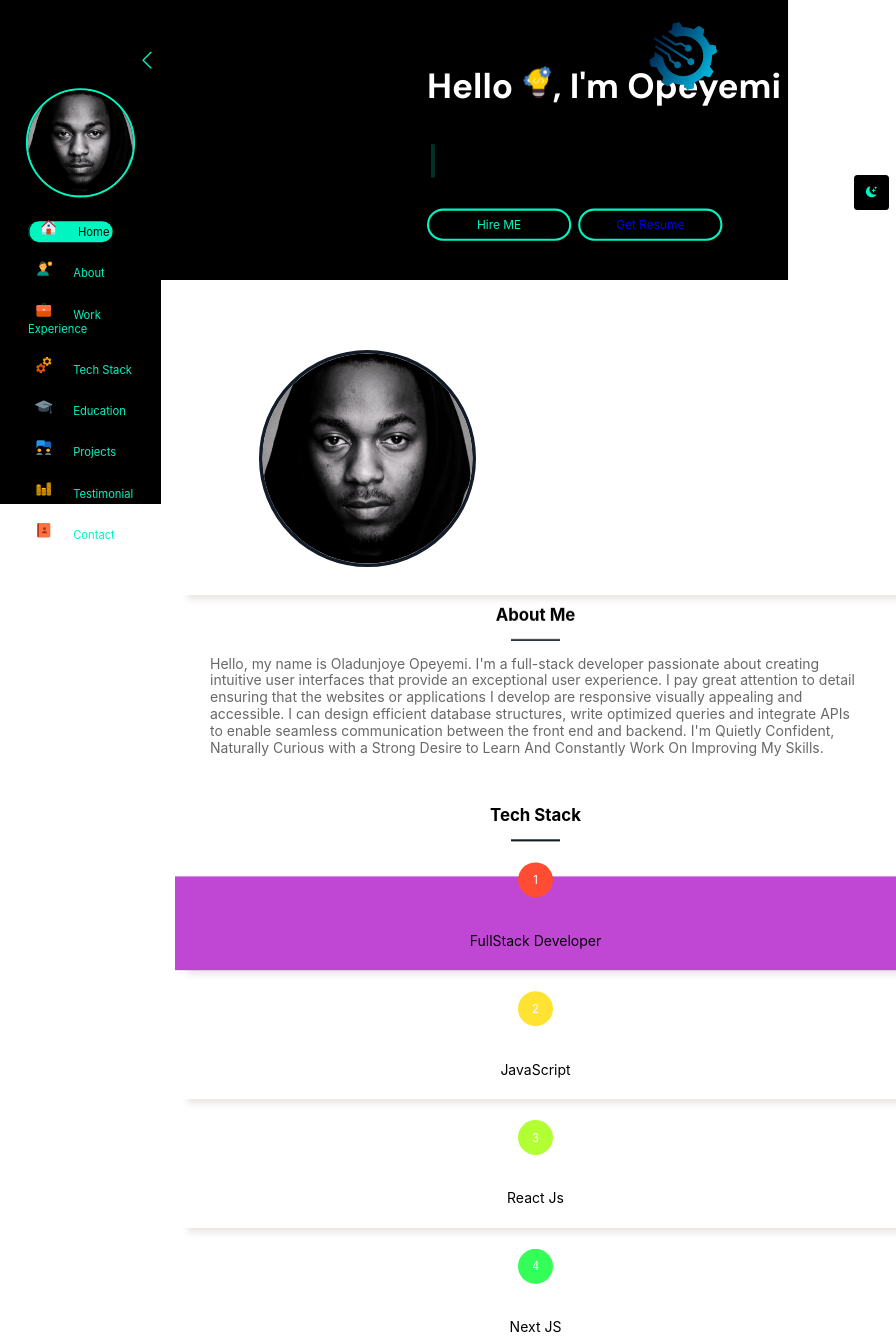
Repository: Laoye99/portfolio
Page: /
An editor plug-in stored every save of this project. The page is shown before and after a run of saves, followed by the edit.
The browser window is 1280 px wide. The pictures show the part of the page from y = 0 to 1920 px (the page is 2977 px tall), at 70% of full size.
The project was rebuilt for these pictures with package versions that can differ from the ones it lists, and the page was loaded fresh each time. Also part of the build but not shown: src/App.css. Imported but missing from the stored project, and not drawn on this page: src/components/Home/MyResume.pdf.

Above is the page before, as saved 2024-02-15 13:48:27.

### src/App.js
import './App.css';
import { createContext, useState } from 'react';
import ScrollToTop from 'react-scroll-to-top';
import Navbar from './components/SideNav/Navbar';
import Sidebar from './components/SideNav/Sidebar';
import About from './components/About/About';
import TechStack from './components/TechStack/TechStack';

export const ThemeContext = createContext(null);

const App = () => {
  const [theme, setTheme] = useState("light");

  const changeTheme = () => {
    setTheme((prev) => (prev === "light" ? "dark" : "light"));
  };
  return (
    <ThemeContext.Provider value={{ theme, changeTheme }}>
    <div id={theme}>
    <Navbar/>
    <Sidebar changeTheme={changeTheme} theme={theme}/>
    <About/>
    <TechStack/>
    </div>
    <ScrollToTop
    top="200"
    smooth
    height="20"
    width="20"
    color="#00f5c0"
    style={{ borderRadius: "90px ", backgroundColor: "#000000" }}
    />
    </ThemeContext.Provider>
  );
}

export default App;

### src/components/SideNav/Navbar.js
import { useState } from "react";
import "./Navbar.css";
import {GiHamburgerMenu} from "react-icons/gi";
import { Link } from "react-scroll";
import {
    FcHome,
    FcBriefcase,
    FcContacts,
    FcServices,
    FcCollaboration,
    FcPortraitMode } from "react-icons/fc";
import {FaUser} from "react-icons/fa";

const Navbar = () => {
    const [open, setOpen] = useState(false);

    const handleClick = () => {
        setOpen(!open);
    };
    return(
        <div className="navbar">
        <div className="navbar-header">
        <p>
        <GiHamburgerMenu size={25} onClick={handleClick} />
        </p>
        </div>
        {open ? (
        <div className="nav">
        <ul>
        <li className="nav-item">
        <Link
        to="home"
        spy={true}
        smooth={true}
        duration={100}
        offset={-100}
        >
        <FcHome size={25}/>
        Home
        </Link>
        </li>
        <li className="nav-item">
        <Link
        to="about"
        spy={true}
        smooth={true}
        duration={100}
        offset={-100}
        >
        <FcPortraitMode size={25}/>
        About
        </Link>
        </li>
        <li className="nav-item">
        <Link
        to="project"
        spy={true}
        smooth={true}
        duration={100}
        offset={-100}
        >
        <FcBriefcase  size={25}/>
        Work Experience
        </Link>
        </li>
        <li className="nav-item">
        <Link
        to="stack"
        spy={true}
        smooth={true}
        duration={100}
        offset={-100}
        >
        <FcServices  size={25} />
        Tech Stack
        </Link>
        </li>
        <li className="nav-item">
        <Link
        to="project"
        spy={true}
        smooth={true}
        duration={100}
        offset={-100}
        >
        <FcCollaboration   size={25} />
        Projects
        </Link>
        </li>
        <li className="nav-item">
        <Link
        to="contact"
        spy={true}
        smooth={true}
        duration={100}
        offset={-100}
        >
        <FcContacts size={25}/>
        Contact
        </Link>
        </li>
        </ul>
        </div>
        ) : null}
        </div>
    );
};

export default Navbar;

### src/components/SideNav/Sidebar.js
import { useState } from "react";
import { BsChevronLeft, BsChevronRight } from "react-icons/bs";
import "./Sidebar.css";
import SidebarList from "./SidebarList";
import Home from "../Home/Home";


const Sidebar = ({ theme,changeTheme }) => {
    const [expandSidebar, setExpandSidebar] = useState(true);

    const handleExpandClick = () => {
        setExpandSidebar(!expandSidebar);
    };
    return(
        <div className="container-fluid sidebar-section">
        <div className={expandSidebar ? "sidebar-expand sidebar" : "sidebar"}>
        <div className="icon-sidebar">
        <p onClick={handleExpandClick}>
        {expandSidebar ? (
            <BsChevronLeft size={30} color="#00f5c0"/>
            ) : (
        <BsChevronRight size={30} color="#00f5c0"/>
            )}
        </p>
        </div>
        <SidebarList expandSidebar={expandSidebar} />
        </div>
        <div className="container-fluid">
          <Home changeTheme = {changeTheme} theme = {theme}/>
        </div>

        </div>
    );
};

export default Sidebar;

### src/components/About/About.js
import React from "react";
import ProfilePic from "../../Image/Screenshot (29).png";
import {Fade} from "react-awesome-reveal";
import {Flip} from "react-awesome-reveal";
import './About.css';
const About = () => {
    return(
        <div className="container about-section" id="about">
    <div className="row">
      <Fade bottom>
        <div className="col-xl-6 col-lg-6 col-md-12 col-sm-12">
          <div className="about-image">
            <img src={ProfilePic} alt="Profile" />
          </div>
        </div>
      </Fade>
      <div className="col-xl-6 col-lg-6 col-md-12 col-sm-12">
        <div className="about-details">
          <Flip left>
            <div className="about-title">
              <h2>About Me</h2>
              <span className="line"></span>
            </div>
          </Flip>

          <Fade right>
            <p className="description">
              Hello, my name is Oladunjoye Opeyemi.
              I'm a full-stack developer
              passionate about creating intuitive
              user interfaces that provide
              an exceptional user experience.
              I pay great attention to detail
              ensuring that the websites or applications
              I develop are responsive
              visually appealing and accessible.
              I can design efficient database
              structures, write optimized queries
              and integrate APIs to enable
              seamless communication between
              the front end and backend.
              I'm Quietly Confident, Naturally Curious
               with a Strong Desire to
              Learn And Constantly Work On Improving My Skills.
            </p>
          </Fade>
        </div>
      </div>
    </div>
  </div>
    )
};

export default About;

### src/components/TechStack/TechStack.js
import React, { useState } from "react";
import "./TechStack.css";
import { Fade } from "react-awesome-reveal";
import { Zoom } from "react-awesome-reveal";


const TechStack = () => {
    const data = [
        {
          name: "FullStack Developer",
        },

        {
          name: "JavaScript",
        },
        {
          name: "React Js",
        },
        {
          name: "Next JS",
        },
        {
          name: "CSS",
        },
        {
          name: "HTML5",
        },
        {
          name: "BootStrap",
        },
        {
          name: "TailwindCSS",
        },
        {
          name: "React Native",
        },
        {
          name: "Vanilla JS",
        },
        {
          name: "SCSS",
        },
        {
          name: "Git",
        },
        {
          name: "GitHub",
        },
        {
          name: "Java",
        },
        {
          name: "Springboot",
        },
        {
          name: "Servlet",
        },
        {
          name: "Maven",
        },
        {
          name: "Eclipse IDE",
        },
        {
            name: "IntelliJ IDE",
        },
        {
            name: "MySQL",
        },
        {
            name: "Postman",
        },
        {
            name: "MySQL",
        },
        {
            name: "Tomcat",
        },
      ];

      const colors = [
        "#FF4C33",
        "#FFE333",
        "#B2FF33",
        "#33FF58",
        "#33FFC1",
        "#33CAFF",
        "#3355FF",
        "#9333FF",
        "#F033FF",
        "#FF33C4",
        "#FF3386",
        "#FF334C",
        "#33FF42",
        "#FF3633",
        "#9C33FF",
        "#33FFF6",
        "#33FF58",
        "#FF33C4",
        "#034694",
        "#5A0394",
        "#940303",
        "#944403",
        "#449403",
        "#03945C"
      ];

      const [showMoreTechStack, setMoreTechStack] = useState(9);

      const loadMore = () => {
        setMoreTechStack((prev) => prev + 3);
      };
      return (
        <div className="container techstack-section" id="stack">
      <div className="section-title">
        <h2>Tech Stack</h2>
        <span className="line"></span>
      </div>

      <div className="row">
        {data.slice(0, showMoreTechStack).map((item, index) => (
          <Fade right>
            <div className="col-xl-4 col-lg-4 col-md-6 col-sm-12" key={index}>
              <div
                className={
                  index === 0
                    ? "tech-content-marked tech-content"
                    : "tech-content"
                }
              >
                <span
                  className="tech-number"
                  style={{ backgroundColor: colors[index] }}
                >
                  {index + 1}
                </span>
                <p>{item.name}</p>
              </div>
            </div>
          </Fade>
        ))}
      </div>

      {showMoreTechStack >= data.length ? null : (
        <Zoom>
          <span className="load-more" onClick={loadMore}>
            Load More
          </span>
        </Zoom>
      )}
    </div>
      );
};

export default TechStack;

### src/components/SideNav/Navbar.css
.navbar {
    position: sticky;
    top: 0;
    z-index: 1;
  }

  .navbar-header {
    width: 100%;
    background-color: #00f5c0;
    color: #000000;
    padding: 5px;
  }

  .navbar-header p svg {
    margin-left: 10px;
    cursor: pointer;
    margin-top: 20px;
    margin-right: 5px;
  }

  .nav {
    height: auto;
    width: 210px;
    background-color: #000000;
    margin-top: 30px;
    padding-top: 10px;
    padding-bottom: 10px;
  }

  .nav ul li {
    color: #000000;
    list-style-type: none;
    cursor: pointer;
    text-decoration: none;
    margin-top: 30px;
  }

  .nav ul li a {
    text-decoration: none;
    color: #00f5c0;
  }

  .nav-item .active {
    color: #000000;
    background-color: #00f5c0;
    border-radius: 90px;
    padding: 5px;
    width: 100%;
  }

  @media (min-width: 1000px) {
    .navbar {
      display: none;
    }
  }

### src/components/SideNav/Sidebar.css
.sidebar-section {
    display: flex;
    /* background-color: #030303da; */
  }

  .sidebar {
    height: 100vh;
    background-color: #000000;
    width: 95px;
    position: fixed;
  }

  .sidebar-expand {
    width: 230px;
  }

  .container-fluid {
    padding-left: 0px !important;
    padding-right: 0px !important;
    overflow: hidden;
  }

  .icon-sidebar {
    display: flex;
    align-items: right;
    justify-content: right;
    cursor: pointer;
  }

  .icon-sidebar p svg {
    background-color: #000000;
    padding: 5px;
    color: #00f5c0;
    border-radius: 5px;
    margin-top: 50px;
  }

  @media (max-width: 1000px) {
    .sidebar {
      display: none;
    }
  }

### src/components/Home/Home.js
import React from 'react';
import Typewriter from 'typewriter-effect';
import { BsFillMoonStarsFill, BsSun } from 'react-icons/bs';
import { Fade } from 'react-awesome-reveal';
import concept from "../../Image/concept.png";
import automation from "../../Image/automation.png";
import "./Home.css";
import MyCv from './MyResume.pdf';



const Home = ({theme, changeTheme}) => {
    return(
        <div className='container-fluid home' id="home">
        <div  className='theme-change' onClick={changeTheme}>
        {theme === "light" ? (
            <p>
            <BsFillMoonStarsFill />{" "}
            </p>
            ) : (
                <p className='sun-light-icon'>
                <BsSun/>
                </p>
            )}
        </div>

        <div className='container home-content'>
        <Fade right>
        <h1>
        Hello <img alt='vector' src={concept}/>, I'm Opeyemi
        </h1>

        <h2>
        <Typewriter
        options={{
            strings: [
              "Frontend Developer",
              "Backend Developer",
              "Software Engineer",
            ],
            autoStart: true,
            loop: true,
            delay: 5,
          }}
        />
        </h2>
        </Fade>

        <Fade bottom>
        <div className='button-for-action'>
        <div className='hire-me-button'>Hire ME</div>
        <div className="get-resume-button">
              <a href={MyCv} download="Opeyemi_cv">
                Get Resume
              </a>
            </div>
        </div>
        </Fade>
        <img className='automation' alt='automation' src={automation}/>
        </div>
        </div>
    )

};

export default Home;

### src/components/About/About.css
.about-section {
    box-shadow: 15px 9px 9px -2px rgba(230, 224, 244, 0.86);
    -webkit-box-shadow: 15px 9px 9px -2px rgba(230, 224, 224, 0.86);
    -moz-box-shadow: 15px 9px 9px -2px rgba(230, 224, 224, 0.86);

    margin-top: 50px;
    height: 400px;
    margin-left: 250px;
    padding: 0px 50px;
  }

  #dark .about-section {
    box-shadow: none;
    background-color: #17202a;
    box-shadow: -6px 11px 5px -4px rgba(0, 0, 0, 0.42);
    -webkit-box-shadow: -6px 11px 5px -4px rgba(0, 0, 0, 0.42);
    -moz-box-shadow: -6px 11px 5px -4px rgba(0, 0, 0, 0.42);
  }

  .about-image img {
    height: 300px;
    width: 300px;
    border-radius: 190px;
    margin-top: 50px;
    margin-left: 70px;
    border: 5px solid #121b27;
    object-fit: cover;
  }

  #dark .about-image img {
    border: 5px solid #ffffff;
  }

  .about-details {
    margin-top: 50px;
  }

  .about-title h2 {
    text-align: center;
  }
  .description {
    font-size: 20px;
    color: #686868;
  }

  #dark .description {
    color: #ffffff;
  }

  .line {
    display: block;
    width: 70px;
    height: 3px;
    margin: 1px auto;
    background-color: #121b27;
  }

  #dark .line {
    background-color: #ffffff;
  }

  @media (max-width: 1000px) {
    .about-image {
      display: none;
    }
    .about-section {
      margin: 50px auto;
      height: auto;
    }
  }

### src/components/TechStack/TechStack.css
.techstack-section {
    margin-top: 300px;
    height: auto;
    margin-bottom: 40px;
    margin-left: 250px;
  }

  .section-title h2 {
    text-align: center;
  }

  .tech-content {
    padding: 10px;
    color: #000;
    margin-top: 50px;
    box-shadow: 15px 9px 9px -2px rgba(230, 224, 244, 0.86);
    -webkit-box-shadow: 15px 9px 9px -2px rgba(230, 224, 224, 0.86);
    -moz-box-shadow: 15px 9px 9px -2px rgba(230, 224, 224, 0.86);
  }

  #dark .tech-content {
    background-color: #03945c;
    color: #ffffff;
    box-shadow: -6px 11px 5px -4px rgba(0, 0, 0, 0.42);
    -webkit-box-shadow: -6px 11px 5px -4px rgba(0, 0, 0, 0.42);
    -moz-box-shadow: -6px 11px 5px -4px rgba(0, 0, 0, 0.42);
  }

  #dark .tech-content:hover {
    background-color: #121b27;
    transition-duration: 1s;
  }

  .tech-content-marked {
    background-color: rgba(189, 59, 210, 0.94);
  }

  .tech-content p {
    text-align: center;
    padding-top: 30px;
    font-size: 20px;
  }

  .tech-content:hover {
    background-color: #121b27;
    color: #fff;
    cursor: pointer;
    transition-duration: 1s;

    box-shadow: -6px 11px 5px -4px rgba(0, 0, 0, 0.42);
    -webkit-box-shadow: -6px 11px 5px -4px rgba(0, 0, 0, 0.42);
    -moz-box-shadow: -6px 11px 5px -4px rgba(0, 0, 0, 0.42);
  }

  .tech-number {
    border-radius: 90px;
    height: 50px;
    width: 50px;
    color: #fff;
    text-align: center;
    align-items: center;
    justify-content: center;
    display: block;
    margin: 0 auto;
    margin-top: -30px;
    line-height: 50px;
  }

  .load-more {
    background-color: #121b27;
    width: 150px;
    padding: 10px;
    color: #ffffff;
    text-align: center;
    justify-content: center;
    cursor: pointer;
    display: table;
    margin-left: auto;
    margin-right: auto;
    margin-top: 35px;
    border-radius: 5px;
    margin-bottom: 40px;
    font-size: 20px;
  }

  #dark .load-more {
    background-color: #17202a;
  }

  .load-more:hover {
    background-color: rgba(189, 59, 210, 0.94);
    transition-duration: 1s;
  }
  #dark .load-more:hover {
    background-color: #121b27;
    transition-duration: 1s;
  }

  @media (max-width: 1000px) {
    .techstack-section {
      margin: 50px auto;
    }
  }

### src/components/SideNav/SidebarList.css
.sidebar-profile-pic img {
    border-radius: 90px;
    margin-top: 10px;
    height: 150px;
    width: 150px;
    display: flex;
    vertical-align: middle;
    margin: 0 auto;
    object-fit: cover;
    border: 3px solid #00f5c0;
  }

  .navbar-items ul li {
    color: #00f5c0;
    list-style-type: none;
    cursor: pointer;
    margin-top: 30px;
  }

  .navbar-items ul li svg {
    margin-right: 25px;
    margin-left: 10px;
  }

  .navbar-items-only-icons ul li {
    margin-top: 30px;
    cursor: pointer;
    list-style-type: none;
  }

  .navbar-items-only-icons ul li svg {
    margin-left: 10px;
  }

  .navbar-items ul li a {
    text-decoration: none;
  }
  .nav-item .active {
    border-left: 2px solid #000000;
    color: #000000;
  }

### src/components/Home/Home.css
@import url("https://fonts.googleapis.com/css2?family=DM+Sans:wght@700&display=swap");

.home {
  height: 400px;
  background-color: #000000;
  color: #00f5c0;

}

.home-content {
  padding: 10px;
  margin-top: 30px;
  margin-left: 600px;
  position: relative;
}
/* rgba(189, 59, 210, 0.94) */

.home-content h1 {
  font-family: DM Sans;
  font-size: 50px;
  font-weight: 700;
  line-height: 6.2rem;
  color: #ffffff;
}

.home-content h1 img {
  width: 45px;
}

.home-content h2 {
  margin-top: 20px;
  color: #00f5c0;
  font-size: 40px;
}

.button-for-action {
  display: flex;
}

.hire-me-button {
  background-color: #000000;
  text-align: center;
  width: 180px;
  padding: 10px;
  border-radius: 90px;
  border: 3px solid #00f5c0;
  cursor: pointer;
  margin-top: 10px;
  font-size: 17px;
}

.hire-me-button:hover {
  background-color: #00f5c0;
  width: 250px;
  color: #000;
  transition-duration: 1s;
  font-size: 20px;
}
.get-resume-button {
  background-color: #000000;
  text-align: center;
  width: 180px;
  padding: 10px;
  border-radius: 90px;
  border: 3px solid #00f5c0;
  cursor: pointer;
  margin-top: 10px;
  margin-left: 10px;
  font-size: 17px;
}

.get-resume-button:hover {
  background-color: #00f5c0;
  width: 250px;
  color: #000;
  transition-duration: 1s;
  font-size: 20px;
}

.get-resume-button a {
  text-decoration: none;
}

.automation {
  position: absolute;
  top: 0;
  right: 100px;
  height: 100px;
  animation: rotation infinite 5s linear;
}

@media (max-width: 450px) {
  .automation {
    bottom: 0;
  }
}

.theme-change {
  justify-content: center;
  height: 50px;
  width: 50px;
  background-color: #000000;
  right: 0;
  margin-right: 10px;
  text-align: center;
  vertical-align: middle;
  line-height: 20px;
  position: fixed;
  top: 150;
  margin-top: 250px;
  border-radius: 5px;
  cursor: pointer;
  z-index: 1;
}

.sun-light-icon {
  animation: rotation infinite 5s linear;
}

@keyframes rotation {
  from {
    transform: rotate(0deg);
  }

  to {
    transform: rotate(360deg);
  }
}
@media (max-width: 1000px) {
  .home-content {
    margin: 30px auto;
  }
}

Loaded but not shown: public/index.html (common file); src/index.js (common file); src/index.css (common file); src/reportWebVitals.js (common file); src/components/SideNav/SidebarList.js (185 lines, source omitted)

After the next 3 saves:
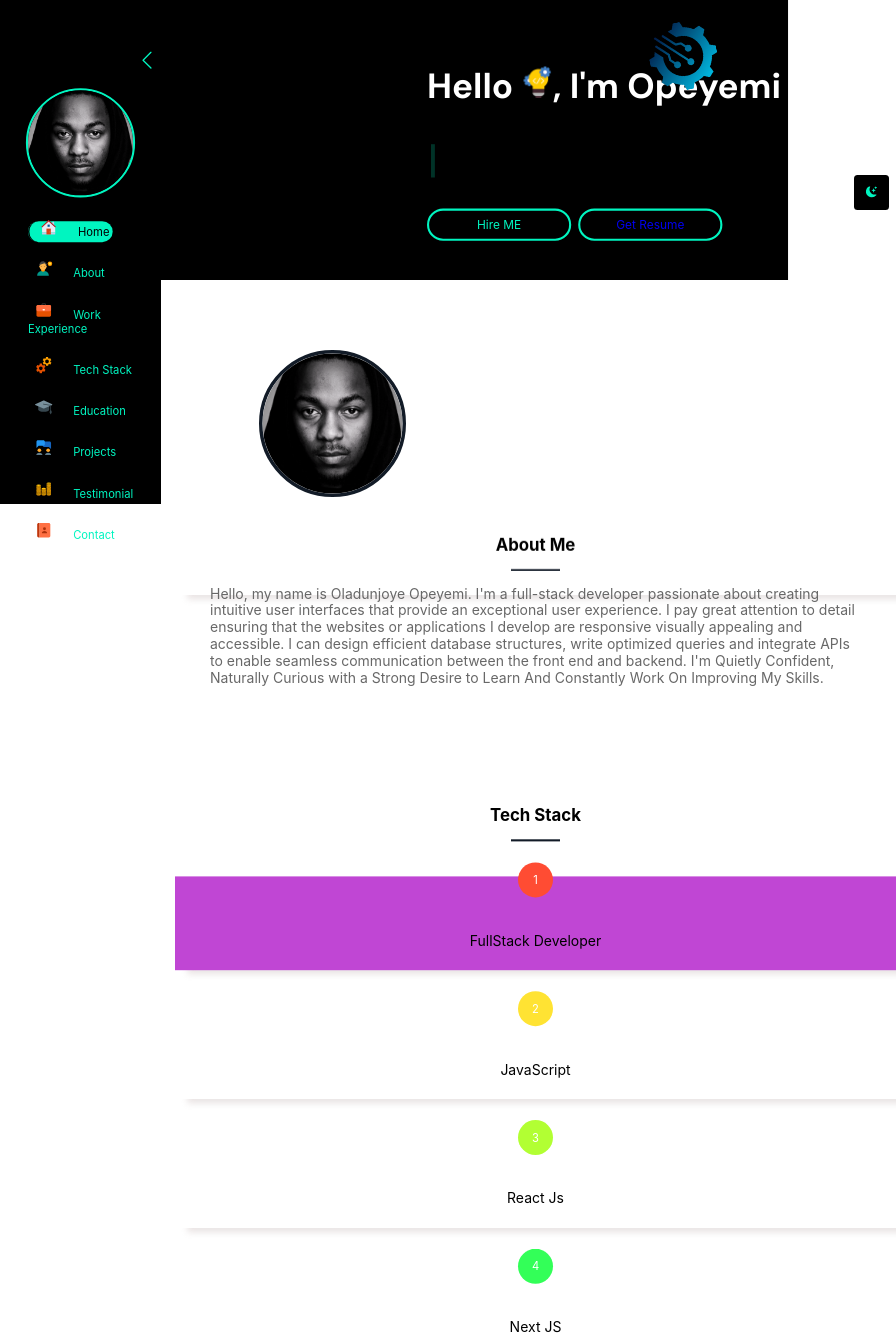
The 3 saves are shown as one change because they came seconds apart.
The last was saved 3 min 16 s later.
--- a/src/components/About/About.css
+++ b/src/components/About/About.css
@@ -18,8 +18,8 @@
   }
 
   .about-image img {
-    height: 300px;
-    width: 300px;
+    height: 200px;
+    width: 200px;
     border-radius: 190px;
     margin-top: 50px;
     margin-left: 70px;
